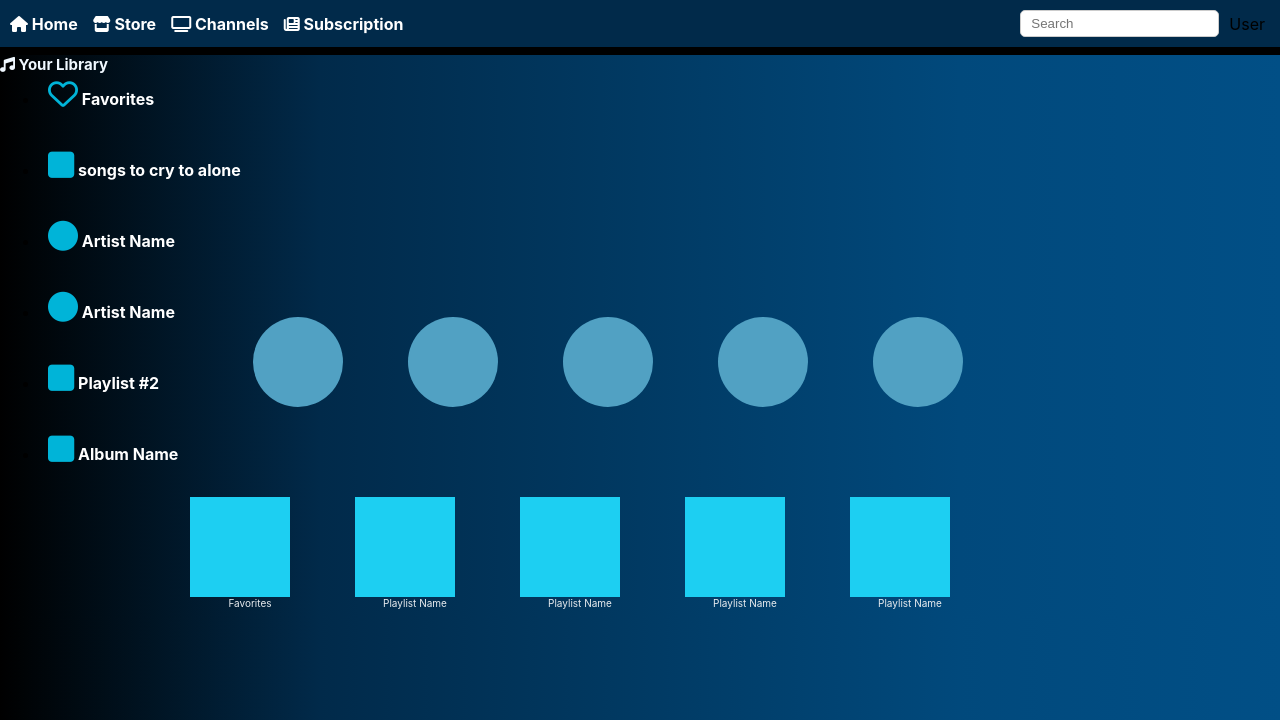
Repository: gordonnrat/group-2-project
Page: / (app in source-code/)
These files come from the project's save history. The page is drawn as it stood at one moment and after a run of saves; the edit follows.
The browser window is 1280 px wide. The pictures show the whole page.
The project was rebuilt for these pictures with package versions that can differ from the ones it lists, and the page was loaded fresh each time. Also part of the build but not shown: source-code/src/App.css, source-code/src/App.js, source-code/src/components/pages/Login.js.

Above is the page before, as saved 2023-08-01 16:18:57.

### source-code/src/index.js
import React from 'react';
import ReactDOM from 'react-dom';
import './index.css';
import reportWebVitals from './reportWebVitals';
import {
  BrowserRouter as Router,
  Routes,
  Route,
  Link
} from "react-router-dom";

import App from './App';
import Home from './components/pages/Home';
import Login from './components/pages/Login';

ReactDOM.render(
  <React.StrictMode>
    <Router>
      <Routes>
        <Route path="/" element={<Home />} />
        <Route path="/login" element={<Login />} />
        {/* Add more routes here */}
        <Route path="/group-2-project" element={<Link to="/" />} />
      </Routes>
    </Router>
  </React.StrictMode>,
  document.getElementById('root')
);

// If you want to start measuring performance in your app, pass a function
// to log results (for example: reportWebVitals(console.log))
// or send to an analytics endpoint. Learn more: https://bit.ly/CRA-vitals
reportWebVitals();

### source-code/src/index.css
body {
  margin: 0;
  font-family: -apple-system, BlinkMacSystemFont, 'Segoe UI', 'Roboto', 'Oxygen',
    'Ubuntu', 'Cantarell', 'Fira Sans', 'Droid Sans', 'Helvetica Neue',
    sans-serif;
  -webkit-font-smoothing: antialiased;
  -moz-osx-font-smoothing: grayscale;
}

code {
  font-family: source-code-pro, Menlo, Monaco, Consolas, 'Courier New',
    monospace;
}

body {
  background: linear-gradient(0.25turn,black,#012A4A, #013A63, #01497C,#014F86);


}

### source-code/src/components/pages/Home.js
// Home.js

import React from "react";
import { Link } from "react-router-dom";
import Navbar from "../Navbar";
import "./js.css";

function Home() {
  return (
    <div>
      <Navbar />
      <h1 className="top-heading">
        <i className="fas fa-music"></i> Your Library
      </h1>
      <div className="main-container">
        <div className="squares-container">
          {/* Square 1 */}
          <Link to="/favorites">
            <div className="square-container">
              <div className="text">Favorites</div>
              <div className="square square-red"></div>
            </div>
          </Link>

          {/* Square 2 */}
          <Link to="/Playlist">
            <div className="square-container">
              <div className="text">Playlist Name</div>
              <div className="square square-blue"></div>
            </div>
          </Link>

          {/* Square 3 */}
          <Link to="/Playlist">
            <div className="square-container">
              <div className="text">Playlist Name</div>
              <div className="square square-green"></div>
            </div>
          </Link>

          {/* Square 4 */}
          <Link to="/Playlist">
            <div className="square-container">
              <div className="text">Playlist Name</div>
              <div className="square square-orange"></div>
            </div>
          </Link>

          {/* Square 5 */}
          <Link to="/Playlist">
            <div className="square-container">
              <div className="text">Playlist Name</div>
              <div className="square square-purple"></div>
            </div>
          </Link>
        </div>

        <div className="circles-container">
          {/* Circle 1 */}
          <Link to="/Playlist">
            <div className="circle-container">
              <div className="circle"></div>
            </div>
          </Link>

          {/* Circle 2 */}
          <Link to="/Playlist">
            <div className="circle-container">
              <div className="circle"></div>
            </div>
          </Link>

          {/* Circle 3 */}
          <Link to="/Playlist">
            <div className="circle-container">
              <div className="circle"></div>
            </div>
          </Link>

          {/* Circle 4 */}
          <Link to="/Playlist">
            <div className="circle-container">
              <div className="circle"></div>
            </div>
          </Link>

          {/* Circle 5 */}
          <Link to="/Playlist">
            <div className="circle-container">
              <div className="circle"></div>
            </div>
          </Link>
















        </div>
      </div>
    </div>
  );
}

export default Home;

### source-code/src/components/Navbar.js
import React from "react";
import { Link } from "react-router-dom";
import "./Navbar.css";
import "@fortawesome/fontawesome-free/css/all.min.css";

function Navbar() {
  return (
    <div>
      {/* Main Navbar */}
      <nav className="navbar">
        <ul className="left-nav">
          <li>
            <Link to="/">
              <i className="fas fa-home"></i> Home
            </Link>
          </li>
          <li>
            <Link to="/Store">
              <i className="fas fa-store"></i> Store
            </Link>
          </li>
          <li>
            <Link to="/Channels">
              <i className="fas fa-tv"></i> Channels
            </Link>
          </li>
          <li>
            <Link to="/Subscription">
              <i className="fas fa-newspaper"></i> Subscription
            </Link>
          </li>
        </ul>
        <div className="right-nav">
          <input type="text" placeholder="Search" />
          <div className="user-section">
            {/* Your user-related elements can go here */}
            <span>User</span>
          </div>
        </div>
      </nav>

      {/* Sidebar */}
      <aside className="sidebar">
        {/* Your sidebar content can go here */}
        <ul>
          <li>
            <Link to="/Favorites">
              <i className="far fa-heart"></i> Favorites
            </Link>
          </li>
          <li>
            <Link to="/songs to cry to alone">
              <i className="fas fa-square"></i> songs to cry to alone

            </Link>
          </li>
          {/* Add more sidebar items as needed */}

          <li>
          <Link to="/Artist Name">
              <i className="fas fa-circle"></i> Artist Name
            </Link>
            </li>


            <li>
            <Link to="/Artist Name">
              <i className="fas fa-circle"></i> Artist Name
            </Link>
            </li>

            <li>
            <Link to="/Playlist">
              <i className="fas fa-square"></i> Playlist #2
            </Link>
            </li>
            <li>
            <Link to="/Album Name">
              <i className="fas fa-square"></i> Album Name
            </Link>
            </li>













        </ul>
      </aside>
    </div>
  );
}

export default Navbar;

### source-code/src/components/pages/js.css
/* js.css */

.main-container {
  display: flex;
  flex-direction: column;
  align-items: center;
  justify-content: center;
  margin-top: 20px;
}

.squares-container {
  display: flex;
  justify-content: space-between;
  max-width: 800px;
  margin: 0 auto;
}

.square-container {
  margin-right: 65px;
  position: relative; /* Add this line to create a positioning context */
}

.text {
  position: absolute;
  top: 100px;
  left: 10%;
  font-size: 10px;
  color: rgb(234, 237, 240);
  transform: translateX(-50%);
}

.square {
  width: 100px;
  height: 100px;
  background-color: rgb(29, 207, 242);
  top: -300px; /* Move the square to the top */
  left: 50%;
  transform: translateX(-50%);
}

.top-heading {
  position: absolute;
  top: 45px;
  left: 0;
  font-size: 15px;
  color: aliceblue;
}

/* Add styles for the circles */

.circles-container {
  display: flex;
  justify-content: center;
  align-items: flex-start;
  margin-top: 20px;
}

.circle-container {
  margin-right: 155px;
  position: relative;
}

.circle {
  width: 90px;
  height: 90px;
  border-radius: 50%;
  background-color: rgb(81, 161, 195); /* You can set the color for the circles */
  position: absolute;
  top: -300px; /* Adjust the vertical position of the circles below the squares */
  left: 15; /* Horizontally center the circles */
  right: 30
  transform: translateX(-50%);
}

### source-code/src/components/Navbar.css

/* Navbar.css */

/* Navbar.css */

.navbar {
    background-color: #012A4A;
    padding: 10px;
    display: flex;
    justify-content: space-between;
    align-items: center;

    /* Add border line to the bottom of the navigation bar */
    border-bottom: 8px solid black; /* Replace #fff with your desired border color */
}



.left-nav {
    list-style-type: none;
    margin: 0;
    padding: 0;
    display: flex;
    align-items: center;
}

.left-nav li {
    margin-right: 15px;
}

.left-nav li:last-child {
    margin-right: 0;
}

.left-nav li a {
    text-decoration: none;
    color:white;

    font-size: 16px;
    font-weight: bold;
}

.left-nav li a:hover {
    color: white;
}

.right-nav {
    display: flex;
    align-items: center;
}

.right-nav input[type="text"] {
    padding: 5px 10px;
    border: 1px solid #ccc;
    border-radius: 5px;
    margin-right: 10px;
}

.user-section {
    display: flex;
    align-items: center;
}

.user-section span {
    margin-right: 5px;
}

.user-section img {
    width: 30px;
    height: 30px;
    border-radius: 50%;
}




  .sidebar li a {
    display: block;
    padding: 8px;
    color: white;
    text-decoration: none;
    position: relative;
  }

  .sidebar li {
    margin-bottom: 25px; /* Add space between each sidebar item */
  }

  .sidebar li a i {
    font-size: 30px;
    color: #00B4D8;
    position: relative;
    z-index: 2; /* Set z-index to place the icons in front of the border line */
  }


  .sidebar li a {
    text-decoration: none;
    color: white;
    font-size: 16px;
    font-weight: bold;
}

Loaded but not shown: source-code/public/index.html (common file); source-code/src/reportWebVitals.js (common file)

After the next 2 saves:
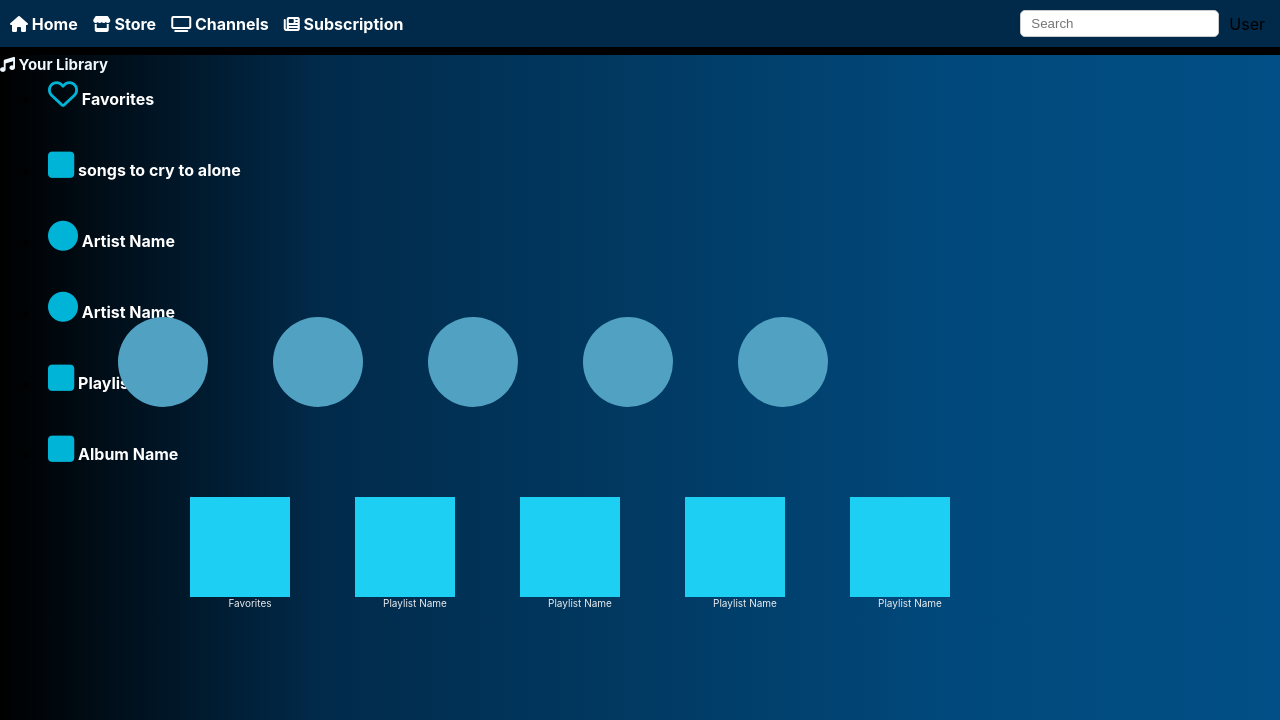
The 2 saves are shown as one change because they came seconds apart.
The last was saved 10 s later.
--- a/source-code/src/components/pages/js.css
+++ b/source-code/src/components/pages/js.css
@@ -68,6 +68,6 @@
   position: absolute;
   top: -300px; /* Adjust the vertical position of the circles below the squares */
   left: 15; /* Horizontally center the circles */
-  right: 30
+  right: 30%;
   transform: translateX(-50%);
 }
